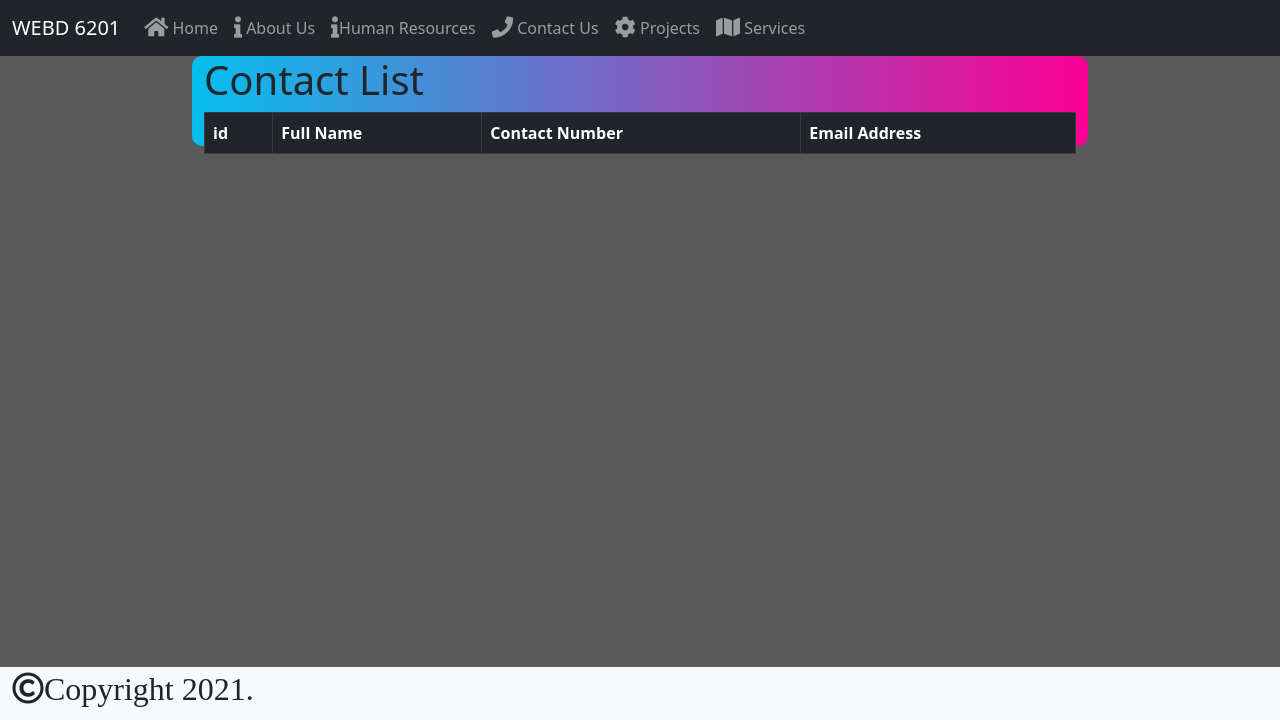
Repository: vans12345678/WEBD6201-W2021-Week3
Page: contact-list.html
These files come from the project's save history. The page is drawn as it stood at one moment and after the next save; the edit follows.
The browser window is 1280 px wide. The pictures show the whole page.

Above is the page before, as saved 2021-01-28 20:19:33.

After the next save:
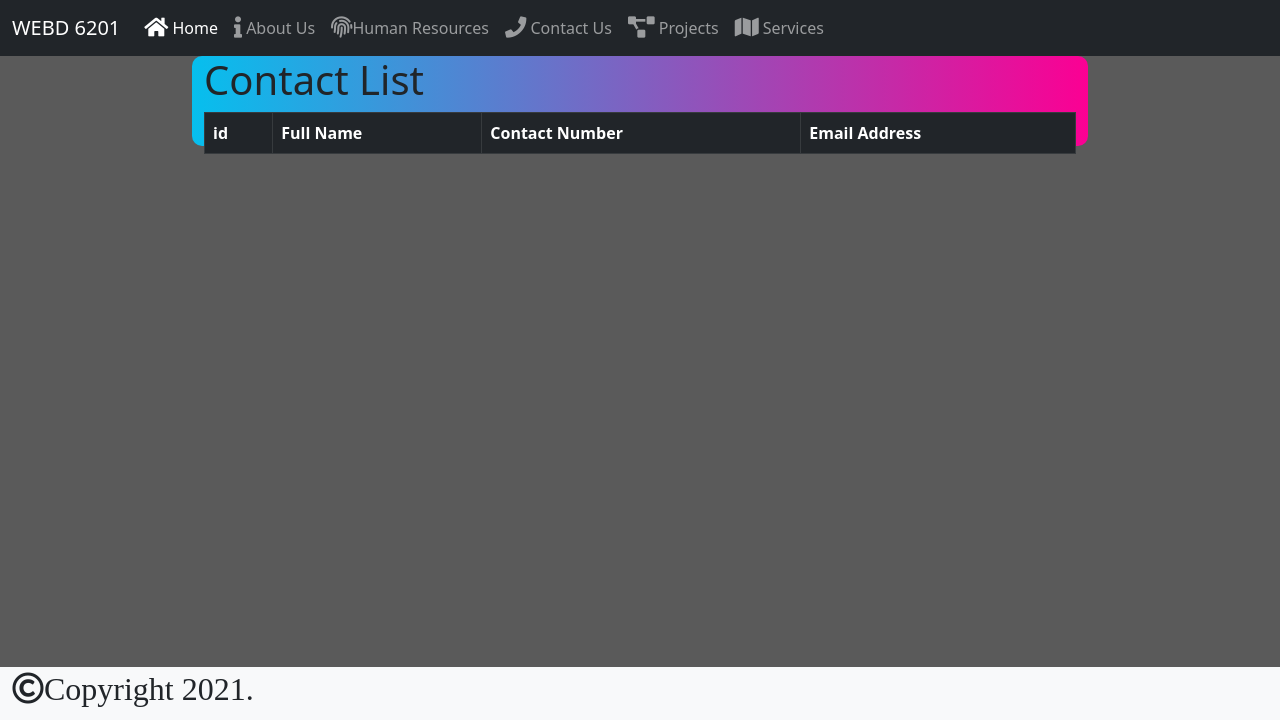
Saved 1 s later.
--- a/contact-list.html
+++ b/contact-list.html
@@ -23,19 +23,19 @@
               <div class="collapse navbar-collapse" id="navbarSupportedContent">
                 <ul class="navbar-nav me-auto mb-2 mb-lg-0">
                   <li class="nav-item">
-                    <a class="nav-link" aria-current="page" href="index.html"><i class="fas fa-home fa-lg"></i> Home</a>
+                    <a class="nav-link active" aria-current="page" href="index.html"><i class="fas fa-home fa-lg"></i> Home</a>
                   </li>
                   <li class="nav-item">
                     <a class="nav-link" aria-current="page" href="about.html"><i class="fas fa-info fa-lg"></i> About Us</a>
                   </li>
                   <li class="nav-item">
-                    <a class="nav-link" aria-current="page" href="human-resources.html"><i class="fas fa-info fa-lg"></i>Human Resources</a>
+                    <a class="nav-link" aria-current="page" href="human-resources.html"><i class="fas fa-fingerprint fa-lg"></i>Human Resources</a>
                   </li>
                   <li class="nav-item">
                     <a class="nav-link" aria-current="page" href="contact.html"><i class="fas fa-phone fa-lg"></i> Contact Us</a>
                   </li>
                   <li class="nav-item">
-                    <a class="nav-link" aria-current="page" href="projects.html"><i class="fas fa-cog fa-lg"></i> Projects</a>
+                    <a class="nav-link" aria-current="page" href="projects.html"><i class="fas fa-project-diagram fa-lg"></i> Projects</a>
                   </li>
                   <li class="nav-item">
                     <a class="nav-link" aria-current="page" href="services.html"><i class="fas fa-map fa-lg"></i> Services</a>
